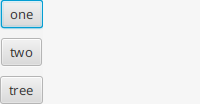
Repository: angelalvess/java-fx
Program's window: java javafx/src/basic/firstFx.java
These files come from the project's save history. The program's window is drawn as it stood at one moment and after the next save; the edit follows.
It runs on Java 21 on a 1366 x 768 screen with JavaFX 11; the title bar is not drawn.

Above is the program's window before, as saved 2025-02-03 06:23:56.

### javafx/src/basic/firstFx.java
package basic;

import javafx.scene.Scene;
import javafx.scene.control.Button;

import javafx.application.Application;
import javafx.geometry.Pos;
import javafx.scene.layout.VBox;
import javafx.stage.Stage;

public class firstFx extends Application{

	@Override
	public void start(Stage primaryStage) throws Exception {

		Button buttonOne = new Button("one");
		Button buttonTwo = new Button("two");
		Button buttonTree = new Button("tree");

		buttonTree.setOnAction(e -> System.exit(0));

		VBox vBox = new VBox();
		vBox.setAlignment(Pos.CENTER);
		vBox.setSpacing(10);
		vBox.getChildren().add(buttonOne);
		vBox.getChildren().add(buttonTwo);
		vBox.getChildren().add(buttonTree);

		Scene principalScene  = new Scene(vBox);
		primaryStage.setScene(principalScene);
		primaryStage.show();
	}

	public static void main(String[] args) {
		launch(args);
	}

}

After the next save:
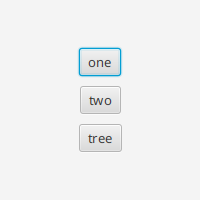
Saved 25 s later.
--- a/javafx/src/basic/firstFx.java
+++ b/javafx/src/basic/firstFx.java
@@ -26,7 +26,7 @@
 		vBox.getChildren().add(buttonTwo);
 		vBox.getChildren().add(buttonTree);
 
-		Scene principalScene  = new Scene(vBox);
+		Scene principalScene  = new Scene(vBox, 200, 200);
 		primaryStage.setScene(principalScene);
 		primaryStage.show();
 	}
